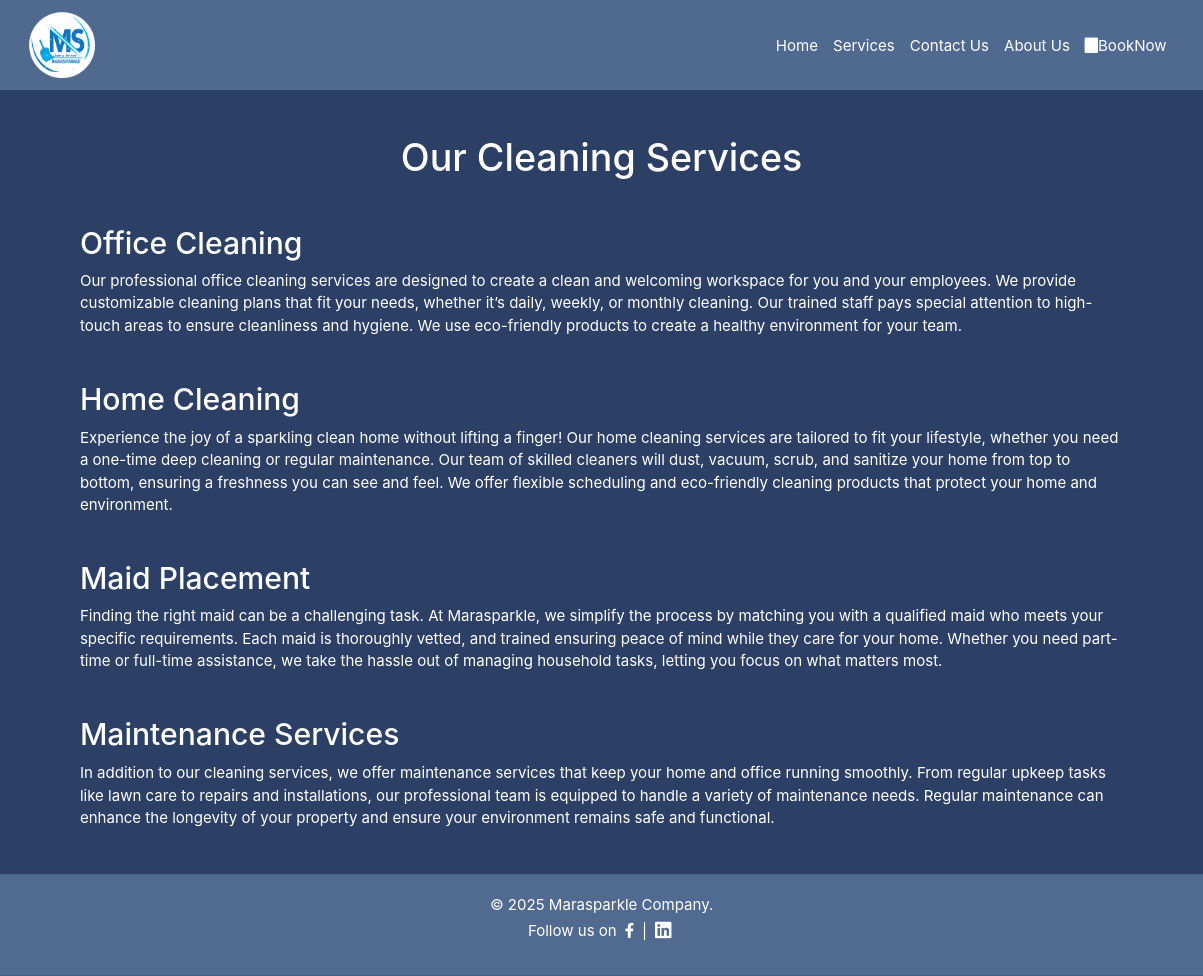
Repository: guineveretim/sparkle
Page: http://localhost/services/
An editor plug-in stored every save of this project. The page is shown before and after the next save, followed by the edit.
The browser window is 1280 px wide. The pictures show the whole page, at 94% of full size.
The page is served by the project's application, run on Django 5.2 (manage.py).

Above is the page before, as saved 2025-04-16 10:42:32.

After the next save:
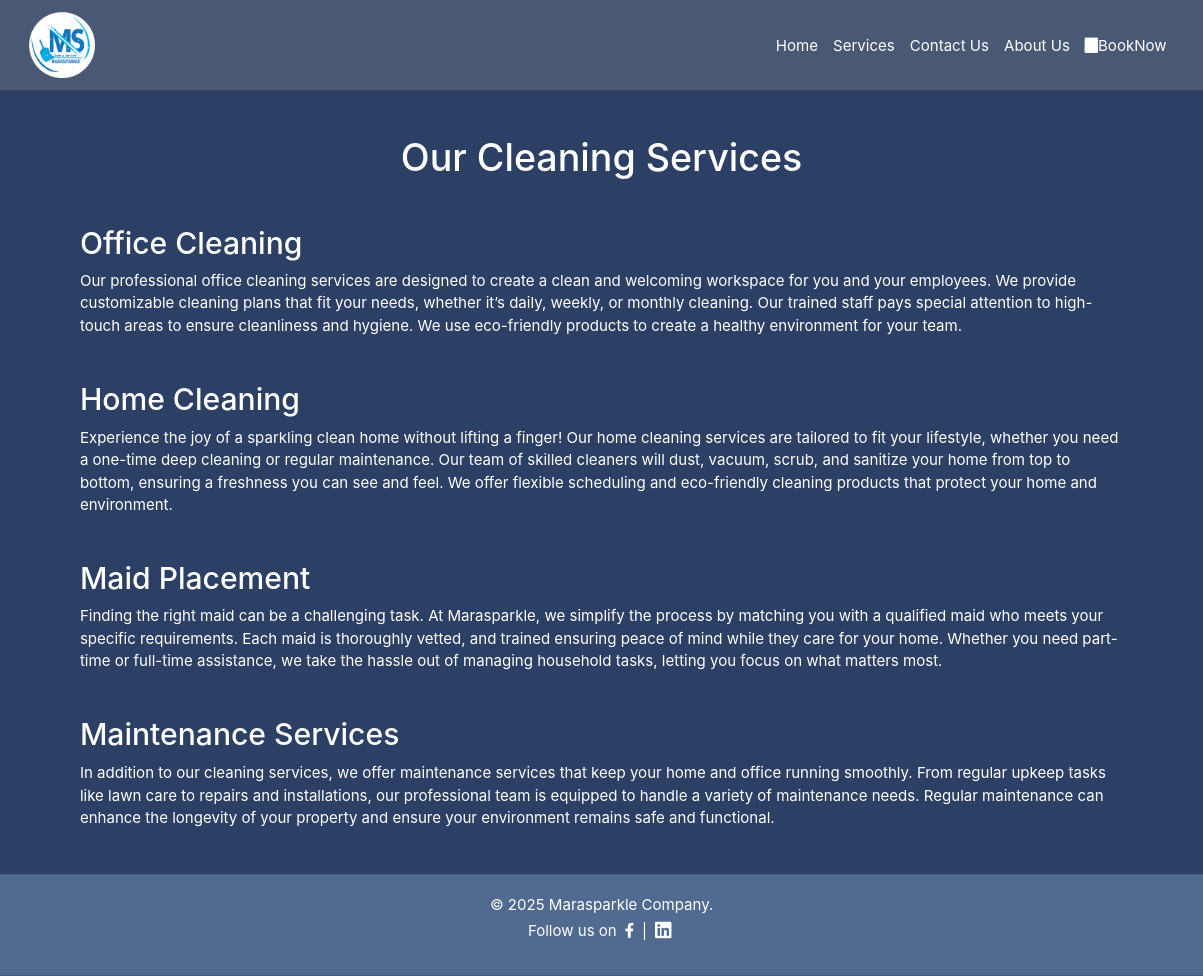
Saved 14 s later.
--- a/templates/application/services.html
+++ b/templates/application/services.html
@@ -19,7 +19,7 @@
 </head>
 <body>
 
-    <nav class="navbar navbar-expand-lg navbar-dark sticky-top" style="background-color:rgba(166, 206, 243,0.3);">
+    <nav class="navbar navbar-expand-lg navbar-dark sticky-top" style="background-color:rgba(145, 149, 152, 0.3);">
         <div class="container-fluid">
             <a class="navbar-brand" href="{% url 'services_details' %}">
                 <img src="{% static 'icons/Maralog.png' %}" style="width:70px;" alt="Logo">
